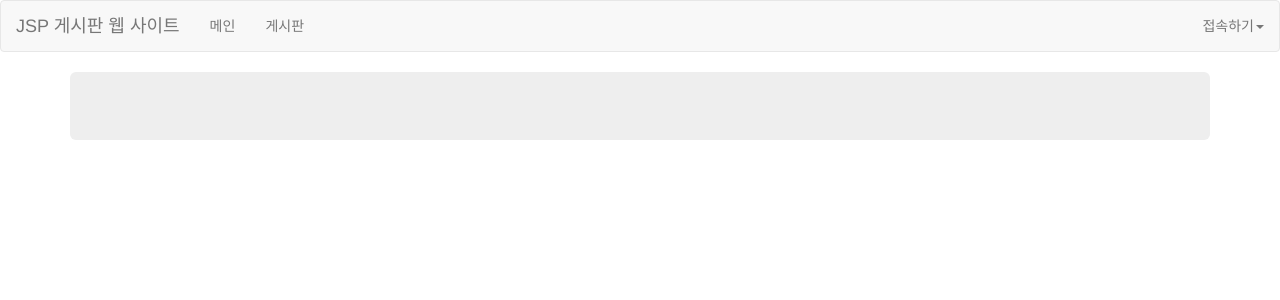
Repository: JoYuKang/Clone_Code
Page: http://localhost/BBS/join.jsp
These files come from the project's save history. The page is drawn as it stood at one moment and after the next save; the edit follows.
The browser window is 1280 px wide. The pictures show the whole page.
Some web libraries are served in a nearby version. The page is served by Tomcat 9.

Above is the page before, as saved 2021-01-16 15:56:25.

After the next save:
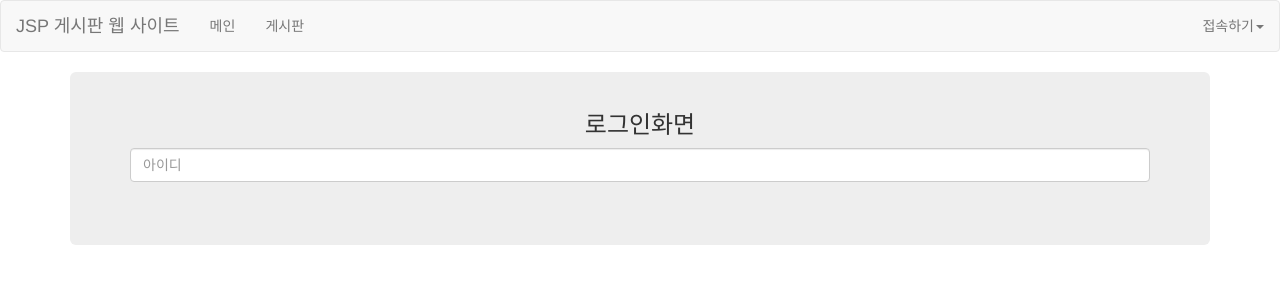
Saved 107 s later.
--- a/게시판/JSP/project/BBS/WebContent/join.jsp
+++ b/게시판/JSP/project/BBS/WebContent/join.jsp
@@ -41,7 +41,12 @@
 	<div class="container">
 		<div class="col-lg-4"></div>
 		<div class="jumbotron" style="padding-top:20px;">
-			<form method="post" action="loginAction.jsp"></form>
+			<form method="post" action="loginAction.jsp">
+				<h3 style="text-align: center;">로그인화면</h3>
+				<div class="form-group">
+					<input type="text" class="form-control" placeholder="아이디" name ="userID">
+				</div>
+			</form>
 		</div>
 		<div class="col-lg-4"></div>
 	</div>
